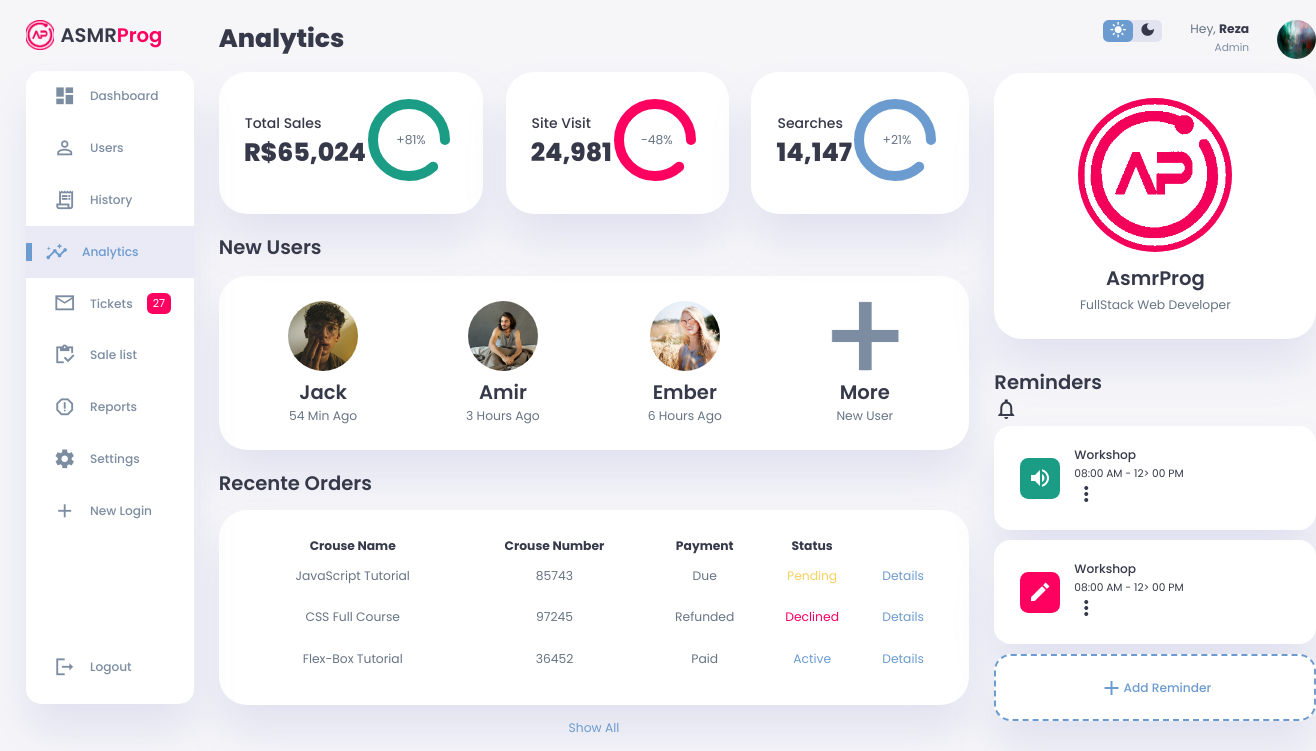
Repository: pheonix5/ProjetosRN-linux
Page: DashBoard/index.html
An editor plug-in stored every save of this project. The page is shown before and after the next save, followed by the edit.
The browser window is 1280 px wide. The page is 1316 px wide, so the pictures cover 1316 px, including what lies to the right of the window. The pictures show the whole page.

Above is the page before, as saved 2023-08-06 03:16:53.

### DashBoard/index.html
<!DOCTYPE html>
<html lang="pt-br">

<head>
  <meta charset="UTF-8">
  <meta name="viewport" content="width=device-width, initial-scale=1.0">
  <link href="https://fonts.googleapis.com/icon?family=Material+Icons+Sharp" rel="stylesheet">
  <link rel="stylesheet" href="style.css">
  <title>Responsive Dashboard Design #1</title>
</head>

<body>

  <div class="container">
    <!-- Siderbar Section -->
    <aside>
      <div class="toggle">
        <div class="logo">
          <img src="images/logo.png">
          <h2>ASMR<span class="danger">Prog</span></h2>
        </div>
        <div class="close" id="close-btn">
          <span class="material-icons-sharp">
            close
          </span>
        </div>
      </div>

      <div class="sidebar">
        <a href="#">
          <span class="material-icons-sharp">
            dashboard
          </span>
          <h3>Dashboard</h3>
        </a>
        <a href="#">
          <span class="material-icons-sharp">
            person_outline
          </span>
          <h3>Users</h3>
        </a>
        <a href="#">
          <span class="material-icons-sharp">
            receipt_long
          </span>
          <h3>History</h3>
        </a>
        <a href="#" class="active">
          <span class="material-icons-sharp">
            insights
          </span>
          <h3>Analytics</h3>
        </a>
        <a href="#">
          <span class="material-icons-sharp">
            mail_outline
          </span>
          <h3>Tickets</h3>
          <span class="message_count">27</span>
        </a>
        <a href="#">
          <span class="material-icons-sharp">
            inventory
          </span>
          <h3>Sale list</h3>
        </a>
        <a href="#">
          <span class="material-icons-sharp">
            report_gmailerrorred
          </span>
          <h3>Reports</h3>
        </a>
        <a href="#">
          <span class="material-icons-sharp">
            settings
          </span>
          <h3>Settings</h3>
        </a>
        <a href="#">
          <span class="material-icons-sharp">
            add
          </span>
          <h3>New Login</h3>
        </a>
        <a href="#">
          <span class="material-icons-sharp">
            logout
          </span>
          <h3>Logout</h3>
        </a>
      </div>
    </aside>
    <!-- Fim da Seção do Sidebar-->

    <!-- Main Content-->
    <main>
      <h1>Analytics</h1>
      <!-- Analyses -->
      <div class="analyse">
        <div class="sales">
          <div class="status">
            <div class="info">
              <h3>Total Sales</h3>
              <h1>R$65,024</h1>
            </div>
            <div class="progresss">
              <svg>
                <circle cx="38" cy="38" r="36"></circle>
              </svg>
              <div class="percentage">
                <p>+81%</p>
              </div>
            </div>
          </div>
        </div>

        <div class="visits">
          <div class="status">
            <div class="info">
              <h3>Site Visit</h3>
              <h1>24,981</h1>
            </div>
            <div class="progresss">
              <svg>
                <circle cx="38" cy="38" r="36"></circle>
              </svg>
              <div class="percentage">
                <p>-48%</p>
              </div>
            </div>
          </div>
        </div>

        <div class="searches">
          <div class="status">
            <div class="info">
              <h3>Searches</h3>
              <h1>14,147</h1>
            </div>
            <div class="progresss">
              <svg>
                <circle cx="38" cy="38" r="36"></circle>
              </svg>
              <div class="percentage">
                <p>+21%</p>
              </div>
            </div>
          </div>
        </div>
      </div>
      <!-- End Of Analyses -->

      <!--  New Users Section -->
      <div class="new-users">
        <h2>New Users</h2>
        <div class="user-list">
          <div class="user">
            <img src="images/profile-2.jpg">
            <h2>Jack</h2>
            <p>54 Min Ago</p>
          </div>
          <div class="user">
            <img src="images/profile-3.jpg">
            <h2>Amir</h2>
            <p>3 Hours Ago</p>
          </div>
          <div class="user">
            <img src="images/profile-4.jpg">
            <h2>Ember</h2>
            <p>6 Hours Ago</p>
          </div>
          <div class="user">
            <img src="images/plus.png">
            <h2>More</h2>
            <p>New User</p>
          </div>
        </div>
      </div>
      <!-- End of New Users Section -->


      <!-- Recente Orders Table -->
      <div class="recent-orders">
        <h2>Recente Orders</h2>
        <table>
          <thead>
            <tr>
              <th>Crouse Name</th>
              <th>Crouse Number</th>
              <th>Payment</th>
              <th>Status</th>
              <th></th>
            </tr>
          </thead>
          <tbody>

          </tbody>
        </table>
        <a href="#">Show All</a>
      </div>
      <!-- End of Recent Orders -->

    </main>
    <!-- End of Main Content -->

    <!-- Right Section-->
    <div class="right-section">
      <div class="nav">
        <button id="menu-btn">
          <span class="material-icons-sharp">
            menu
          </span>
        </button>
        <div class="dark-mode">
          <span class="material-icons-sharp active">
            light_mode
          </span>
          <span class="material-icons-sharp">
            dark_mode
          </span>
        </div>

        <div class="profile">
          <div class="info">
            <p>Hey, <b>Reza</b></p>
            <small class="text-muted">Admin</small>
          </div>
          <div class="profile-photo">
            <img src="images/profile-1.jpg">
          </div>
        </div>

      </div>
      <!-- End of Nav -->

      <div class="user-profile">
        <div class="logo">
          <img src="images/logo.png">
          <h2>AsmrProg</h2>
          <p>FullStack Web Developer</p>
        </div>
      </div>

      <div class="reminders">
        <div class="header">
          <h2>Reminders</h2>
          <span class="material-icons-sharp">
            notifications_nones
          </span>
        </div>

        <div class="notification">
          <div class="icon">
            <span class="material-icons-sharp">
              volume_up
            </span>
          </div>
          <div class="content">
            <div class="info">
              <h3>Workshop</h3>
              <small class="text_muted">
                08:00 AM - 12> 00 PM
              </small>
            </div>
            <span class="material-icons-sharp">
              more_vert
            </span>
          </div>
        </div>

        <div class="notification deactive">
          <div class="icon">
            <span class="material-icons-sharp">
              edit
            </span>
          </div>
          <div class="content">
            <div class="info">
              <h3>Workshop</h3>
              <small class="text_muted">
                08:00 AM - 12> 00 PM
              </small>
            </div>
            <span class="material-icons-sharp">
              more_vert
            </span>
          </div>
        </div>

        <div class="notification add-reminder">
          <div>
            <span class="material-icons-sharp">
              add
            </span>
            <h3>Add Reminder</h3>
          </div>
        </div>

      </div>
    </div>


  </div>

  <script src="orders.js"></script>
  <script src="index.js"></script>
</body>

</html>

### DashBoard/style.css
@import url('https://fonts.googleapis.com/css2?family=Barlow:ital,wght@0,100;0,200;0,300;0,400;0,500;0,600;0,700;0,800;0,900;1,100;1,200;1,300;1,400;1,500;1,600;1,700;1,800;1,900&family=Poppins:wght@300;400;500;600;700;800&display=swap');

:root{
  --color-primary: #6C9BCF;
    --color-danger: #FF0060;
    --color-success: #1B9C85;
    --color-warning: #F7D060;
    --color-white: #fff;
    --color-info-dark: #7d8da1;
    --color-dark: #363949;
    --color-light: rgba(132, 139, 200, 0.18);
    --color-dark-variant: #677483;
    --color-background: #f6f6f9;

    --card-border-radius: 2rem;
    --border-radius-1: 0.4rem;
    --border-radius-2: 1.2rem;

    --card-padding: 1.8rem;
    --padding-1: 1.2rem;

    --box-shadow: 0 2rem 3rem var(--color-light);
}

.dark-mode-variables{
  --color-background: #181a1e;
    --color-white: #202528;
    --color-dark: #edeffd;
    --color-dark-variant: #a3bdcc;
    --color-light: rgba(0, 0, 0, 0.4);
    --box-shadow: 0 2rem 3rem var(--color-light);
}

*{
  margin: 0;
  padding: 0;
  outline: 0;
  appearance: 0;
  border: 0;
  text-decoration: none;
  box-sizing: border-box;
}

html{
  font-size: 14px;
}

body{
  width: 100vw;
  height: 100vh;
  font-family: 'Poppins', sans-serif;
  font-size: 0.88rem;
  user-select: none;
  overflow-x: hidden;
  color: var(--color-dark);
  background-color: var(--color-background);
}

a{
  color: var(--color-dark);
}

img{
  display: block;
  width: 100%;
  object-fit: cover;
}

h1{
  font-weight: 800;
  font-size: 1.8rem;
}

h2{
  font-weight: 600;
  font-size: 1.4rem;
}

h3{
  font-weight: 500;
  font-size: 0.87rem;
}

small{
  font-size: 0.76rem;
}

p{
  color: var(--color-dark-variant);
}

b{
  color: var(--color-dark);
}

.text-muted{
  color: var(--color-info-dark);
}

.primary{
  color: var(--color-primary);
}

.danger{
  color: var(--color-danger);
}

.sucess{
  color: var(--color-success);
}

.warning{
  color: var(--color-warning);
}

.container{
  display: grid;
  width: 96%;
  margin: 0 auto;
  gap: 1.8rem;
  grid-template-columns: 12rem auto 23rem;
}

aside{
  height: 100vh;
}

aside .toggle{
  display: flex;
  align-items: center;
  justify-content: space-between;
  margin-top: 1.4rem;
}

aside .toggle .logo{
  display: flex;
  gap: 0.5rem;
}

aside .toggle .logo img{
  width: 2rem;
  width: 2rem;
}

aside .toggle .close{
  padding-right: 1rem;
  display: none;
}

aside .sidebar{
  display: flex;
  flex-direction: column;
  background-color: var(--color-white);
  box-shadow: var(--box-shadow);
  border-radius: 15px;
  height: 88vh;
  position: relative;
  top: 1.5rem;
  transition: all 0.3s ease;
}

aside .sidebar:hover{
  box-shadow: none;
}

aside .sidebar a{
  display: flex;
  align-items: center;
  color:  var(--color-info-dark);
  height: 3.7rem;
  gap: 1rem;
  position: relative;
  margin-left: 2rem;
  transition: all 0.3s ease;
}

aside .sidebar a span{
  font-size: 1.6rem;
  transition: all 0.3s ease;
}

aside .sidebar a:last-child{
  position: absolute;
  bottom: 0.8rem;
  width: 100%;
}

aside .sidebar a.active{
  width: 100%;
  color: var(--color-primary);
  background-color: var(--color-light);
  margin-left: 0;
}

aside .sidebar a.active::before{
  content: '';
  width: 6px;
  height: 18px;
  background-color: var(--color-primary);
}

aside .sidebar a.active span{
  color: var(--color-primary);
  margin-left: calc(1rem -3px);
}

aside .sidebar a:hover{
  color: var(--color-primary);
}

aside .sidebar a:hover span{
  margin-left: 0.6rem;
}

aside .sidebar .message_count{
  background-color: var(--color-danger);
  padding: 2px 6px;
  color: var(--color-white);
  font-size: 11px;
  border-radius: var(--border-radius-1);
}

main{
  margin-top: 1.4rem;
}

main .analyse{
  display: grid;
  grid-template-columns: repeat(3, 1fr);
  gap: 1.6rem;
}

main .analyse > div{
  background-color: var(--color-white);
  padding: var(--card-padding);
  border-radius: var(--card-border-radius);
  margin-top: 1rem;
  box-shadow: var(--box-shadow);
  cursor: pointer;
  transition: all 0.3s ease;
}

main .analyse > div:hover{
  box-shadow: none;
}

main .analyse > div .status{
  display: flex;
  align-items: center;
  justify-content: space-between;
}


main .analyse h3{
  margin-left: .06rem;
  font-size: 1rem;
}

main .analyse .progresss{
  position: relative;
  width: 92px;
  height: 92px;
  border-radius: 50%;
}

main .analyse svg{
  width: 7rem;
  height: 7rem;
}

main .analyse svg circle{
  fill: none;
  stroke-width: 10;
  stroke-linecap: round;
  transform: translate(5px, 5px);
}

main .analyse .sales svg circle{
  stroke: var(--color-success);
  stroke-dashoffset: -30;
  stroke-dasharray: 200;
}

main .analyse .visits svg circle{
  stroke: var(--color-danger);
  stroke-dashoffset: -30;
  stroke-dasharray: 200;
}

main .analyse .searches svg circle{
  stroke: var(--color-primary);
  stroke-dashoffset: -30;
  stroke-dasharray: 200;
}

main .analyse .progresss .percentage{
  position: absolute;
  top: -3px;
  left: -1px;
  display: flex;
  align-items: center;
  justify-content: center;
  height: 100%;
  width: 100%;
}

main .new-users{
  margin-top: 1.3rem;
}

main .new-users .user-list{
  background-color: var(--color-white);
  padding: var(--card-padding);
  border-radius: var(--card-border-radius);
  margin-top: 1rem;
  box-shadow: var(--box-shadow);
  display: flex;
  justify-content: space-around;
  flex-wrap: wrap;
  gap: 1.4rem;
  transition: all 0.3s ease;
}

main .new-users .user-list:hover{
  box-shadow: none;
}

main .new-users .user-list .user{
  display: flex;
  flex-direction: column;
  align-items: center;
  justify-content: center;
}

main .new-users .user-list .user img{
  width: 5rem;
  height: 5rem;
  margin-bottom: 0.4rem;
  border-radius: 50%;
}

main .recent-orders{
  margin-top: 1.3rem;
}

main .recent-orders h2{
  margin-bottom: 0.8rem;
}

main .recent-orders table{
  background-color: var(--color-white);
  width: 100%;
  padding: var(--card-padding);
  text-align: center;
  box-shadow: var(--box-shadow);
  border-radius: var(--card-border-radius);
  transition: all 0.3s ease;
}

main .recent-orders table:hover{
  box-shadow: none;
}

main table tbody td{
  height: 2.8rem;
  border-bottom: 1px solid var(--color-white);
  color: var(--color-dark-variant);
}

main table tbody tr:last-child td{
  border: none;
}

main .recent-orders a{
  text-align: center;
  display: block;
  margin: 1rem auto;
  color:  var(--color-primary);
}

.right-section{
  margin-top: 1.4rem;
}

.right-section .nav{
  display: flex;
  justify-content: end;
  gap: 2rem;
}

.right-section .nav button{
  display: none;
}

.right-section .dark-mode{
  background-color: var(--color-light);
  display: flex;
  justify-content: space-between;
  align-items: center;
  height: 1.6rem;
  width: 4.2rem;
  cursor: pointer;
  border-radius: var(--border-radius-1);
}

.right-section .dark-mode span{
  font-size: 1.2rem;
  width: 50%;
  height: 100%;
  display: flex;
  align-items: center;
  justify-content: center;
}

.right-section .dark-mode span.active{
  background-color: var(--color-primary);
  color: white;
  border-radius: var(--border-radius-1);
}

.right-section .nav .profile{
  display: flex;
  gap: 2rem;
  text-align: right;
}
.right-section .nav .profile .profile-photo{
  width: 2.8rem;
  height: 2.8rem;
  border-radius: 50%;
  overflow: hidden;
}

.right-section .user-profile{
  display: flex;
  justify-content: center;
  text-align: center;
  margin-top: 1rem;
  background-color: var(--color-white);
  padding:  var(--card-padding);
  border-radius: var(--card-border-radius);
  box-shadow: var(--box-shadow);
  cursor: pointer;
  transition: all 0.3s ease;
}

.right-section .user-profile:hover{
  box-shadow: none;
}

.right-section .user-profile img{
  width: 11rem;
  height: auto;
  margin-bottom: 0.8rem;
  border-radius: 50%;
}

.right-section .user-profile h2{
  margin-bottom: 0.2rem;
}

.right-section .reminders{
  margin-top: 2rem;
}

.recent-orders .reminders .header{
  display: flex;
  align-items: center;
  justify-content: space-between;
  margin-bottom: 0.8rem;
}

.right-section .reminders .notification{
  background-color: var(--color-white);
  display: flex;
  align-items: center;
  gap: 1rem;
  margin-bottom: 0.7rem;
  padding: 1.4rem var(--card-padding);
  border-radius: var(--border-radius-2);
  box-shadow: var(--box-shadow);
  cursor: pointer;
  transition: all 0.3s ease;
}

.right-section .reminders .notification:hover{
  box-shadow: none;
}

.recent-orders .reminders .notification .content{
  display: flex;
  justify-content: space-between;
  align-items: center;
  margin: 0;
  width: 100%;
}

.right-section .reminders .notification .icon{
  padding: 0.6rem;
  color:  var(--color-white);
  background-color: var(--color-success);
  border-radius: 20%;
  display: flex;
}

.right-section .reminders .notification.deactive .icon{
  background-color: var(--color-danger);
}

.right-section .reminders .add-reminder{
  background-color: var(--color-white);
  border: 2px dashed var(--color-primary);
  color: var(--color-primary);
  display: flex;
  align-items: center;
  justify-content: center;
  cursor: pointer;
}

.right-section .reminders .add-reminder:hover{
  background-color: var(--color-primary);
  color: white;
}

.right-section .reminders .add-reminder div{
  display: flex;
  align-items: center;
  grid-area: 0.6rem;
}

### DashBoard/orders.js
const Orders = [
  {
    productName: 'JavaScript Tutorial',
    productNumber: '85743',
    paymentStatus: 'Due',
    status: 'Pending'
  },
  {
    productName: 'CSS Full Course',
    productNumber: '97245',
    paymentStatus: 'Refunded',
    status: 'Declined'
  },
  {
    productName: 'Flex-Box Tutorial',
    productNumber: '36452',
    paymentStatus: 'Paid',
    status: 'Active'
  },
]

### DashBoard/index.js
Orders.forEach(order => {
  const tr = document.createElement('tr');
  const trContent = `
    <td>${order.productName}</td>
    <td>${order.productNumber}</td>
    <td>${order.paymentStatus}</td>
    <td class="${order.status === 'Declined' ? 'danger' : order.status === 'Pending' ? 'warning' : 'primary'}">${order.status}</td>
    <td class="primary">Details</td>
  ` ;
  tr.innerHTML = trContent;
  document.querySelector('table tbody').appendChild(tr)
})

After the next save:
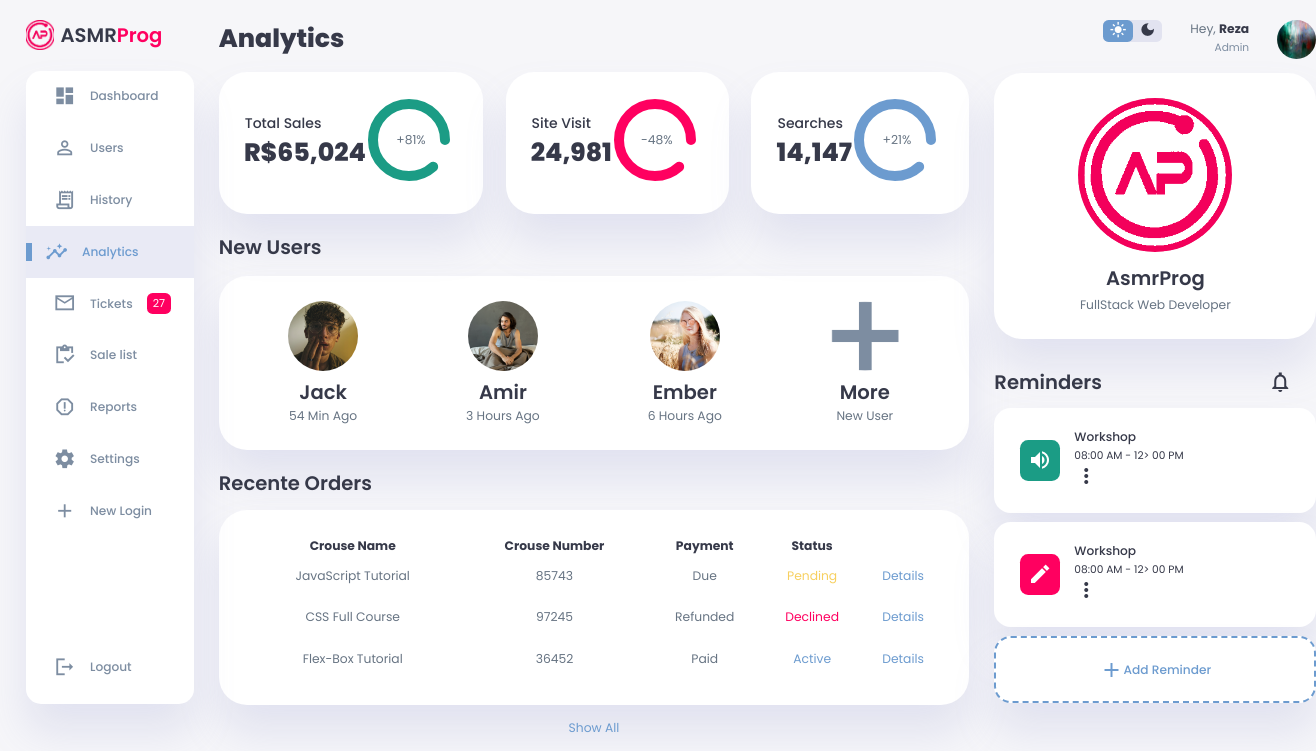
Saved 22 s later.
--- a/DashBoard/style.css
+++ b/DashBoard/style.css
@@ -462,7 +462,7 @@ main .recent-orders a{
   margin-top: 2rem;
 }
 
-.recent-orders .reminders .header{
+.right-section .reminders .header{
   display: flex;
   align-items: center;
   justify-content: space-between;
